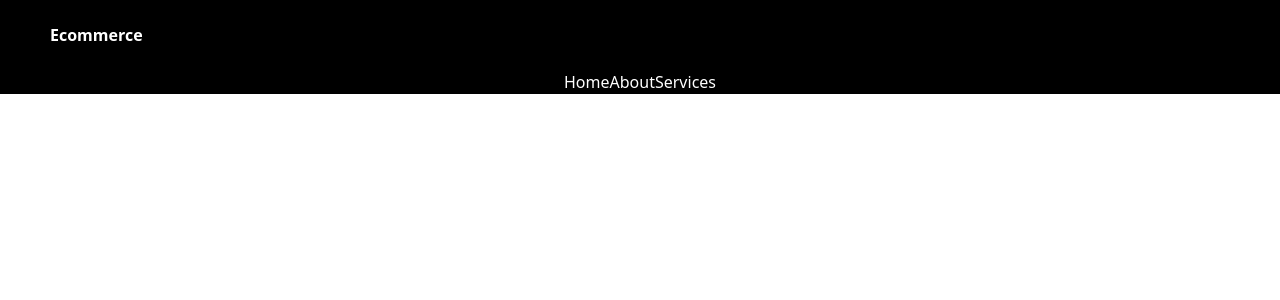
Repository: OmniaRafat232111121/ecommerceredux
Page: / (app in eco/)
The author's editor kept a copy of each file at every save. The page is drawn from the files as they stood at one save, then again after the next save.
The browser window is 1280 px wide. The pictures show the whole page.
The project was rebuilt for these pictures with package versions that can differ from the ones it lists, and the page was loaded fresh each time.

Above is the page before, as saved 2022-11-01 18:26:26.

After the next save:
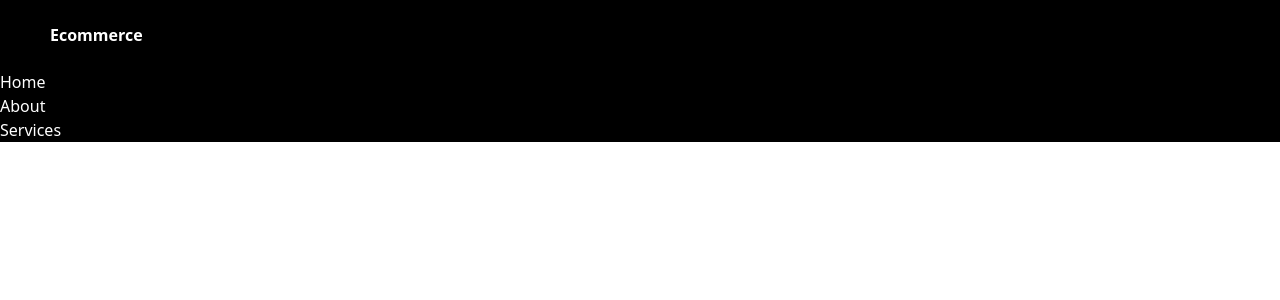
Saved 8 s later.
--- a/eco/src/components/Header.js
+++ b/eco/src/components/Header.js
@@ -7,7 +7,7 @@
     <h1 className='font-bold'>Ecommerce</h1>
     </div>
     <div className='flex  justify-center items-center'>
-    <ul className='flex justify-between'>
+    <ul className='flex-1 justify-between'>
     <li><a href="#">Home</a></li>
     <li><a href="#">About</a></li>
     <li><a href="#">Services</a></li>

After the save that followed:
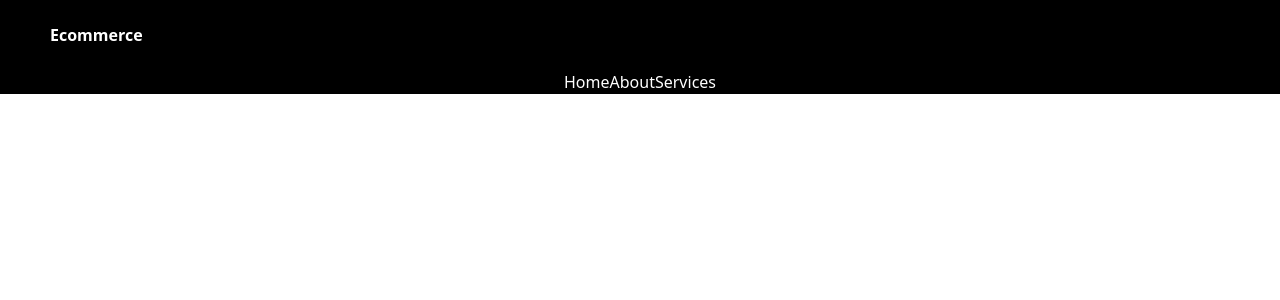
Saved 5 s later.
--- a/eco/src/components/Header.js
+++ b/eco/src/components/Header.js
@@ -7,7 +7,7 @@
     <h1 className='font-bold'>Ecommerce</h1>
     </div>
     <div className='flex  justify-center items-center'>
-    <ul className='flex-1 justify-between'>
+    <ul className='flex justify-between'>
     <li><a href="#">Home</a></li>
     <li><a href="#">About</a></li>
     <li><a href="#">Services</a></li>
